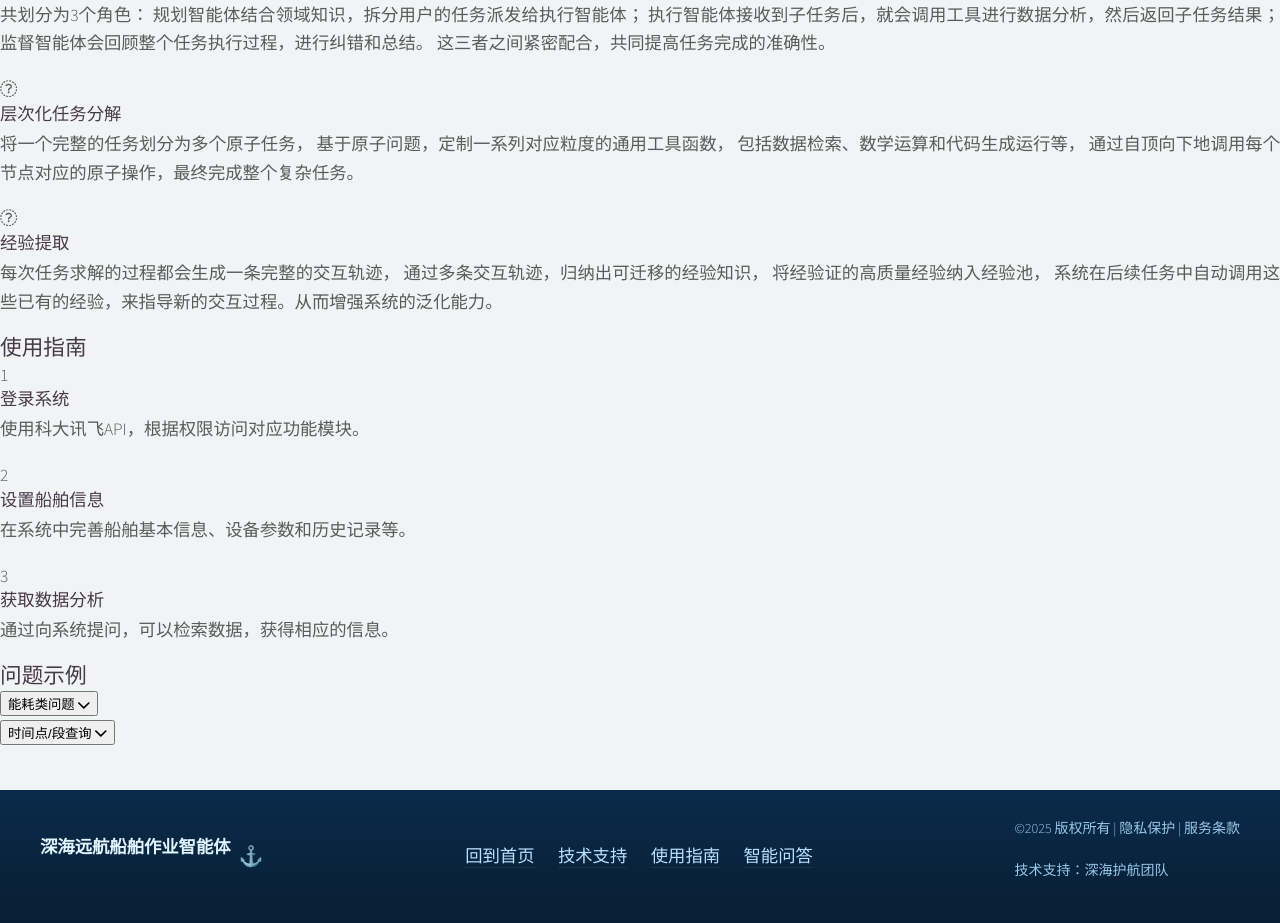
Repository: ShiCheng0104/AIC
Page: QingJing-agent/前端/深海远航船舶作业智能体/About.html
These files come from the project's save history. The page is drawn as it stood at one moment and after the next save; the edit follows.
The browser window is 1280 px wide. The pictures show the part of the page from y = 445 to 1397 px (the page is 1368 px tall before and 1397 px after).
Backgrounds fixed to the window are drawn as part of the page.

Above is the page before, as saved 2025-07-03 14:24:09.

After the next save:
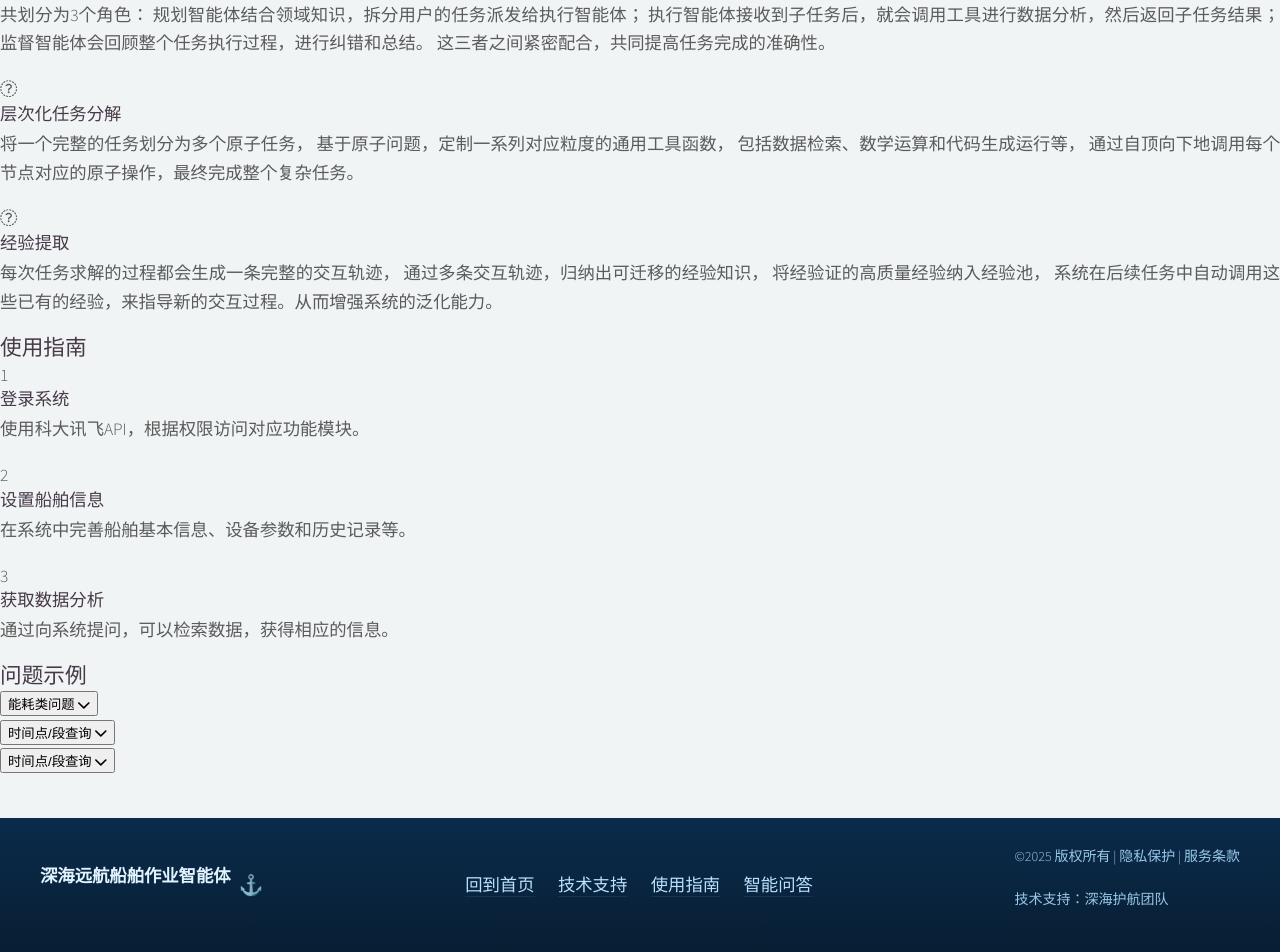
Saved 12 s later.
--- a/QingJing-agent/前端/深海远航船舶作业智能体/About.html
+++ b/QingJing-agent/前端/深海远航船舶作业智能体/About.html
@@ -242,6 +242,35 @@
 						</div>
 					</div>
 
+					<!-- FAQ2 -->
+					<div class="border border-neutralDark rounded-lg overflow-hidden max-w-xl mx-auto my-8">
+						<button
+							class="w-full px-6 py-4 text-left font-medium text-dark flex justify-between items-center hover:bg-gray-50 transition-colors"
+							onclick="toggleContent(this)">
+							<span>时间点/段查询</span>
+							<i class="fa fa-chevron-down text-gray-400 transition-transform"></i>
+						</button>
+
+						<div class="px-6 py-4 bg-gray-50 border-t border-neutralDark hidden" id="contentList2">
+							<div class="mb-4">
+								<p class="text-gray-600">
+									示例 1：2024/8/19 下午A架的第一次开机时间（请以XX:XX输出）？
+								</p>
+							</div>
+							<div>
+								<p class="text-gray-600">
+									示例 2：统计2024/8/23上午A架的运行时长（以整数分钟输出）
+								</p>
+							</div>
+
+							<div>
+								<p class="text-gray-600">
+									示例 3：2024/8/23 ~ 2024/8/25 哪一天上午A架的运行时长最长，运行了多久（以整数分钟输出）？
+								</p>
+							</div>
+						</div>
+					</div>
+
 					<script>
 						function toggleContent(button) {
 							const contentDiv = button.nextElementSibling;
